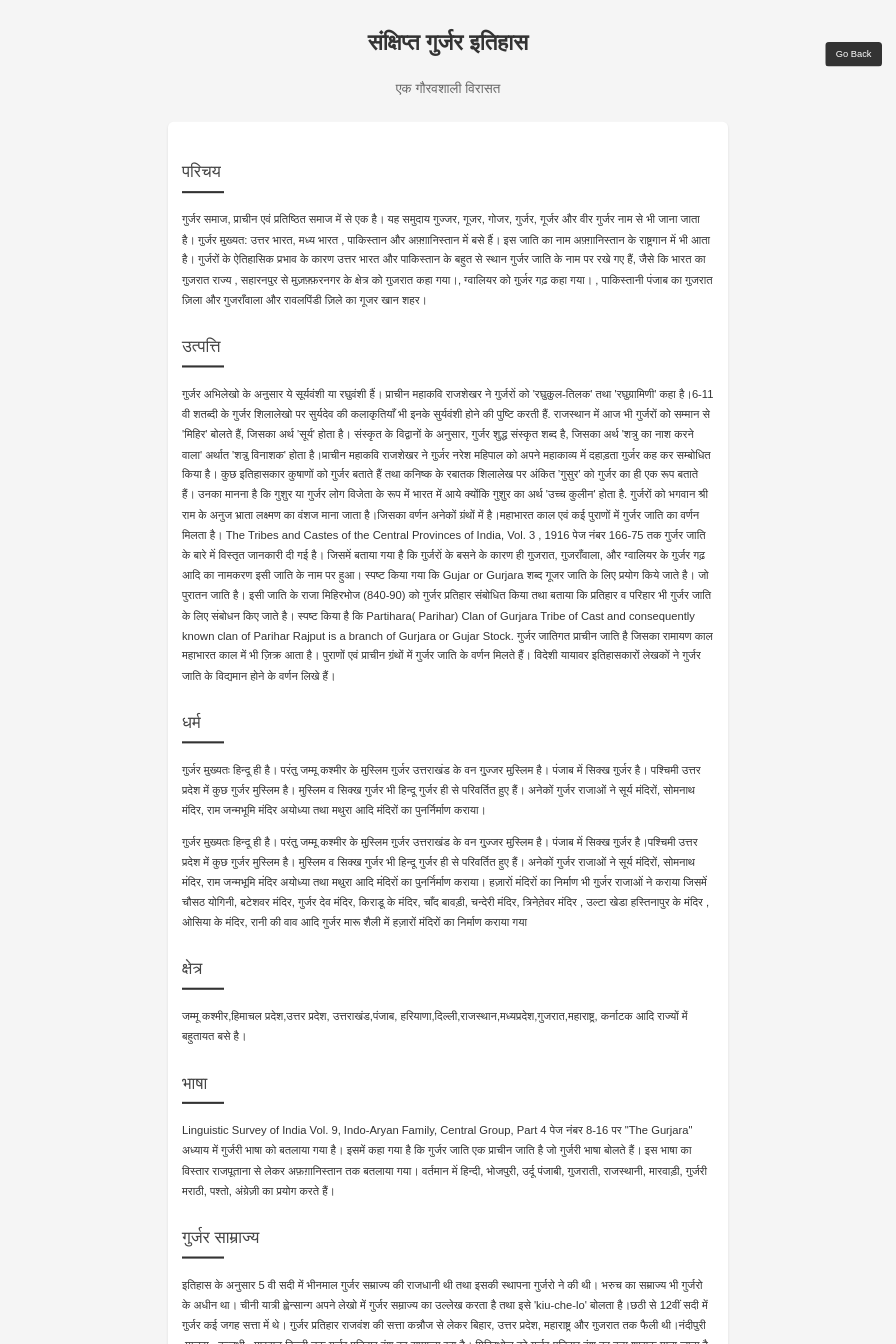
Repository: Aryansin1234/website
Page: blogs/blog1.html
An editor plug-in stored every save of this project. The page is shown before and after the next save, followed by the edit.
The browser window is 1280 px wide. The pictures show the part of the page from y = 0 to 1920 px (the page is 3463 px tall), at 70% of full size.

Above is the page before, as saved 2024-12-09 19:40:01.

### blogs/blog1.html
<!DOCTYPE html>
<html lang="hi">
<head>
    <meta charset="UTF-8">
    <meta name="viewport" content="width=device-width, initial-scale=1.0">
    <link rel="icon" type="image/png" href="assets/logo.png">
    <title>संक्षिप्त गुर्जर इतिहास</title>
    <style>
        body {
            font-family: Arial, sans-serif;
            line-height: 1.6;
            margin: 0 auto;
            max-width: 800px;
            padding: 15px;
            background-color: #f5f5f5;
        }

        .hero {
            text-align: center;
            margin-bottom: 2rem;
        }

        h1 {
            font-size: 2rem;
            color: #333;
            margin-bottom: 1.5rem;
        }

        .highlight {
            font-size: 1.2rem;
            color: #666;
            margin-bottom: 1rem;
        }

        .content-section {
            background-color: white;
            padding: 20px;
            border-radius: 8px;
            box-shadow: 0 2px 4px rgba(0,0,0,0.1);
        }

        .heading {
            margin: 2rem 0 1rem;
        }

        .heading p {
            font-size: 1.5rem;
            color: #444;
            margin-bottom: 0.5rem;
        }

        .accent-line1 {
            height: 3px;
            background-color: #333;
            width: 60px;
            margin-bottom: 1.5rem;
        }

        .blog-text {
            font-size: 16px;
            line-height: 1.8;
            color: #333;
            margin-bottom: 2rem;
        }

        .photo-gallery {
            display: grid;
            grid-template-columns: repeat(2, 1fr);
            gap: 15px;
            margin: 20px 0;
        }

        .photo-item {
            width: 100%;
            background-color: white;
            padding: 10px;
            border-radius: 8px;
            box-shadow: 0 2px 4px rgba(0,0,0,0.1);
        }

        .photo-item img {
            width: 100%;
            height: 150px;
            object-fit: cover;
            border-radius: 4px;
            display: block;
        }

        .photo-caption {
            text-align: center;
            margin-top: 8px;
            font-size: 14px;
            color: #666;
        }

        /* Tablet devices */
        @media (max-width: 768px) {
            body {
                padding: 10px;
                max-width: 100%;
            }

            h1 {
                font-size: 1.75rem;
            }

            .highlight {
                font-size: 1.1rem;
            }

            .heading p {
                font-size: 1.25rem;
            }

            .blog-text {
                font-size: 15px;
            }

            .photo-gallery {
                grid-template-columns: repeat(2, 1fr);
                gap: 10px;
            }

            .photo-item img {
                height: 120px;
            }
        }

        /* Mobile devices */
        @media (max-width: 480px) {
            .photo-gallery {
                grid-template-columns: 1fr;
            }

            .photo-item img {
                height: 200px;
            }

            h1 {
                font-size: 1.5rem;
            }

            .highlight {
                font-size: 1rem;
            }

            .content-section {
                padding: 15px;
            }
        }

        #goBack {
            position: fixed;
            top: 60px; /* Adjusted to avoid overlap with the "Back to Top" button */
            right: 20px;
            background-color: #333;
            color: white;
            border: none;
            padding: 10px 15px;
            border-radius: 5px;
            cursor: pointer;
        }
        #goBack:hover {
            background-color: #555;
        }
    </style>
</head>
<body>
    <button id="goBack" onclick="goBack()">Go Back</button>
    <div class="hero">
        <div class="container">
            <h1 class="content">संक्षिप्त गुर्जर इतिहास</h1>
            <p class="highlight">एक गौरवशाली विरासत</p>
            <div class="accent-line"></div>
        </div>
    </div>

    <div class="content-section">
        <div class="blog-content-container">
            <div class="heading">
                <p>परिचय</p>
                <div class="accent-line1"></div>
            </div>
            <div class="blog-text">
                <p>गुर्जर समाज, प्राचीन एवं प्रतिष्ठित समाज में से एक है। यह समुदाय गुज्जर, गूजर, गोजर, गुर्जर, गूर्जर और वीर गुर्जर नाम से भी जाना जाता है। गुर्जर मुख्यत: उत्तर भारत, मध्य भारत , पाकिस्तान और अफ़्ग़ानिस्तान में बसे हैं। इस जाति का नाम अफ़्ग़ानिस्तान के राष्ट्रगान में भी आता है। गुर्जरों के ऐतिहासिक प्रभाव के कारण उत्तर भारत और पाकिस्तान के बहुत से स्थान गुर्जर जाति के नाम पर रखे गए हैं, जैसे कि भारत का गुजरात राज्य , सहारनपुर से मुज़फ़्फ़रनगर के क्षेत्र को गुजरात कहा गया।, ग्वालियर को गुर्जर गढ़ कहा गया। , पाकिस्तानी पंजाब का गुजरात ज़िला और गुजराँवाला और रावलपिंडी ज़िले का गूजर खान शहर।</div>

            <div class="heading">
                <p>उत्पत्ति</p>
                <div class="accent-line1"></div>
            </div>
            <div class="blog-text">
                <p>गुर्जर अभिलेखो के अनुसार ये सूर्यवंशी या रघुवंशी हैं। प्राचीन महाकवि राजशेखर ने गुर्जरों को 'रघुकुल-तिलक' तथा 'रघुग्रामिणी' कहा है।6-11 वी शतब्दी के गुर्जर शिलालेखो पर सुर्यदेव की कलाकृतियाँ भी इनके सुर्यवंशी होने की पुष्टि करती हैं. राजस्थान में आज भी गुर्जरों को सम्मान से 'मिहिर' बोलते हैं, जिसका अर्थ 'सूर्य' होता है। संस्कृत के विद्वानों के अनुसार, गुर्जर शुद्ध संस्कृत शब्द है, जिसका अर्थ 'शत्रु का नाश करने वाला' अर्थात 'शत्रु विनाशक' होता है।प्राचीन महाकवि राजशेखर ने गुर्जर नरेश महिपाल को अपने महाकाव्य में दहाड़ता गुर्जर कह कर सम्बोधित किया है। कुछ इतिहासकार कुषाणों को गुर्जर बताते हैं तथा कनिष्क के रबातक शिलालेख पर अंकित 'गुसुर' को गुर्जर का ही एक रूप बताते हैं। उनका मानना है कि गुशुर या गुर्जर लोग विजेता के रूप में भारत में आये क्योंकि गुशुर का अर्थ 'उच्च कुलीन' होता है. गुर्जरों को भगवान श्री राम के अनुज भ्राता लक्ष्मण का वंशज माना जाता है।जिसका वर्णन अनेकों ग्रंथों में है।महाभारत काल एवं कई पुराणों में गुर्जर जाति का वर्णन मिलता है।


                    The Tribes and Castes of the Central Provinces of India, Vol. 3 , 1916 पेज नंबर 166-75 तक गुर्जर जाति के बारे में विस्तृत जानकारी दी गई है। जिसमें बताया गया है कि गुर्जरों के बसने के कारण ही गुजरात, गुजराँवाला, और ग्वालियर के गुर्जर गढ़ आदि का नामकरण इसी जाति के नाम पर हुआ। स्पष्ट किया गया कि Gujar or Gurjara शब्द गूजर जाति के लिए प्रयोग किये जाते है। जो पुरातन जाति है। इसी जाति के राजा मिहिरभोज (840-90) को गुर्जर प्रतिहार संबोधित किया तथा बताया कि प्रतिहार व परिहार भी गुर्जर जाति के लिए संबोधन किए जाते है। स्पष्ट किया है कि Partihara( Parihar) Clan of Gurjara Tribe of Cast and consequently known clan of Parihar Rajput is a branch of Gurjara or Gujar Stock. गुर्जर जातिगत प्राचीन जाति है जिसका रामायण काल महाभारत काल में भी ज़िक्र आता है। पुराणों एवं प्राचीन ग्रंथों में गुर्जर जाति के वर्णन मिलते हैं। विदेशी यायावर इतिहासकारों लेखकों ने गुर्जर जाति के विद्यमान होने के वर्णन लिखे हैं। </div>

            <div class="heading">
                <p>धर्म</p>
                <div class="accent-line1"></div>
            </div>
            <div class="blog-text">
                <p>गुर्जर मुख्यतः हिन्दू ही है। परंतु जम्मू कश्मीर के मुस्लिम गुर्जर उत्तराखंड के वन गु्ज्जर मुस्लिम है। पंजाब में सिक्ख गुर्जर है। पश्चिमी उत्तर प्रदेश में कुछ गुर्जर मुस्लिम है। मुस्लिम व सिक्ख गुर्जर भी हिन्दू गुर्जर ही से परिवर्तित हुए हैं। अनेकों गुर्जर राजाओं ने सूर्य मंदिरों, सोमनाथ मंदिर, राम जन्मभूमि मंदिर अयोध्या तथा मथुरा आदि मंदिरों का पुनर्निर्माण कराया।</p>
                गुर्जर मुख्यतः हिन्दू ही है। परंतु जम्मू कश्मीर के मुस्लिम गुर्जर उत्तराखंड के वन गु्ज्जर मुस्लिम है। पंजाब में सिक्ख गुर्जर है।पश्चिमी उत्तर प्रदेश में कुछ गुर्जर मुस्लिम है। मुस्लिम व सिक्ख गुर्जर भी हिन्दू गुर्जर ही से परिवर्तित हुए हैं। अनेकों गुर्जर राजाओं ने सूर्य मंदिरों, सोमनाथ मंदिर, राम जन्मभूमि मंदिर अयोध्या तथा मथुरा आदि मंदिरों का पुनर्निर्माण कराया। हज़ारों मंदिरों का निर्माण भी गुर्जर राजाओं ने कराया जिसमें चौसठ योगिनी, बटेशवर मंदिर, गुर्जर देव मंदिर, किराडू के मंदिर, चाँद बावड़ी, चन्देरी मंदिर, त्रिनेते़वर मंदिर , उल्टा खेडा हस्तिनापुर के मंदिर , ओसिया के मंदिर, रानी की वाव आदि गुर्जर मारू शैली में हज़ारों मंदिरों का निर्माण कराया गया  </div>

            <div class="heading">
                <p>क्षेत्र</p>
                <div class="accent-line1"></div>
            </div>
            <div class="blog-text">
                <p>जम्मू कश्मीर,हिमाचल प्रदेश,उत्तर प्रदेश, उत्तराखंड,पंजाब, हरियाणा,दिल्ली,राजस्थान,मध्यप्रदेश,गुजरात,महाराष्ट्र, कर्नाटक आदि राज्यों में बहुतायत बसे है। </div>
            <div class="heading">
                <p>भाषा</p>
                <div class="accent-line1"></div>
            </div>
            <div class="blog-text">
                <p>Linguistic Survey of India Vol. 9, Indo-Aryan Family, Central Group, Part 4 पेज नंबर 8-16 पर "The Gurjara" अध्याय में गुर्जरी भाषा को बतलाया गया है। इसमें कहा गया है कि गुर्जर जाति एक प्राचीन जाति है जो गुर्जरी भाषा बोलते हैं। इस भाषा का विस्तार राजपूताना से लेकर अफ़ग़ानिस्तान तक बतलाया गया। वर्तमान में हिन्दी, भोजपुरी, उर्दू पंजाबी, गुजराती, राजस्थानी, मारवाड़ी, गुर्जरी मराठी, पश्तो, अंग्रेज़ी का प्रयोग करते हैं।</p>
            </div>
            <div class="heading">
                <p>गुर्जर साम्राज्य</p>
                <div class="accent-line1"></div>
            </div>
            <div class="blog-text">
                <p>इतिहास के अनुसार 5 वी सदी में भीनमाल गुर्जर सम्राज्य की राजधानी थी तथा इसकी स्थापना गुर्जरो ने की थी। भरुच का सम्राज्य भी गुर्जरो के अधीन था। चीनी यात्री ह्वेन्सान्ग अपने लेखो में गुर्जर सम्राज्य का उल्लेख करता है तथा इसे 'kiu-che-lo' बोलता है।छठी से 12वीं सदी में गुर्जर कई जगह सत्ता में थे। गुर्जर प्रतिहार राजवंश की सत्ता कन्नौज से लेकर बिहार, उत्तर प्रदेश, महाराष्ट्र और गुजरात तक फैली थी।नंदीपुरी ,मालवा , वल्लभी , मारवाड़,दिल्ली तक गुर्जर प्रतिहार वंश का साम्राज्य रहा है। मिहिरभोज को गुर्जर-प्रतिहार वंश का बड़ा शासक माना जाता है और इनकी लड़ाई बंगाल के पाल वंश और दक्षिण-भारत के राष्ट्रकूट शासकों से होती रहती थी। 12वीं सदी के पहले ही गुर्जर प्रतिहार वंश का पतन होना शुरू हुआ और ये कई राजवंशों में बँट गए जैसे कि (चौहान वंश, सोलंकी वंश, चंदीला और परमार वंश) अरब आक्रान्तो ने गुर्जरों की शक्ति तथा प्रशासन की अपने अभिलेखों में पूरी-पूरी प्रशंसा की है।


                    इतिहासकार बताते हैं कि मुगल काल से पहले तक लगभग पूरा राजस्थान तथा गुजरात, 'गुर्जरत्रा' (गुर्जरो से रक्षित देश) या गुर्जर-भूमि के नाम से जाना जाता था।अरब लेखकों के अनुसार गुर्जर उनके सबसे भयंकर शत्रु थे। उन्होंने ये भी कहा है कि अगर गुर्जर नहीं होते तो वो भारत पर 12वीं सदी से पहले ही अधिकार कर लेते। 8वीं शताब्दी से लेकर 12वीं शताब्दी तक गुर्जर प्रतिहार राजवंश ने विदेशी आक्रांताओ से देश की रक्षा की। अर्थात् मुस्लिम आक्रांताओ को हिन्दुस्तान आने से रोके रखा।


                    नागभट्ट, मिहिरभोज ,महिपाल ,भीमदेव चालुक्य, अणहिलावाड पाटण के गुर्जेशवर मूलराज , मालवपति भोज परमार ( मेरी 31वीं पीढ़ी के पूर्वज ), गुर्जर नरेश भीम सोलंकी, दद्दा, महेन्द्र पाल, दिल्लीपति अनंगपाल तंवर, पृथ्वीराज चौहान जैसे पराक्रमी राजा गुर्जर जाति में पैदा हुए हैं। भगवान देवनारायण चौहान जो विष्णु के अवतार हैं वे भी गुर्जर जाति में जन्में, माँ गायत्री जी, राधा गुर्जरी, बाबा मोहन राम, प्यारा जी आदि भी गुर्जर जाति में जन्मे। बिशलदेव गुर्जर (अजमेर शहर के संस्थापक) जैसे राजा हुए जिन्होने संभवत: 8 वीं शताब्दी में अजमेर पर शासन किया था और साथ ही अरब घुसपैठ का सफलतापूर्वक प्रतिरोध किया और तोमर वंश के गुर्जरों को दल्ली पर नियंत्रण पाने में मदद की।देवनारायण चौहान राजवंश के नाग वंशीय क्षत्रिय गुर्जर जैसे राजा हुए जिनका मूल स्थान वर्तमान में अजमेर के निकट नाग पहाड़ था।


                    18 वीं सदी में भी गुर्जरो के कुछ छोटे छोटे राज्य थे। दादरी के गुर्जर राजा, दरगाही सिंह के अधीन 133 ग्राम थे। मेरठ का राजा गुर्जर नैन सिंह था तथा उन्होंने परिक्षितगढ का पुनर्निर्माण। दून में लंढोरा की बड़ी गुर्जर रियासत तथा बुंदेलखंड की समथर रियासत आज भी क़ायम हैं। मुरैना मध्यप्रदेश की सबलगढ रियासत, मध्यप्रदेश के गौरैया बसई रियासत मुग़लों, अंग्रेजों से संघर्ष : तैमूरलंग को हराने वाले जोगराज पंवार व रामप्यारी गुर्जरी। तथा 1857 में महिला सेना बना कर अंग्रेजों को मुज़फ़्फ़रनगर से भगा और वहाँ अपनी सत्ता क़ायम करने वाली आशादेवी गुर्जरी पहली महिला जिसे अंग्रेजों ने फाँसी दी गई।


                    1710 में दून को जीतने में सिक्खों की सहायता की जिसमें हज़ारों गुर्जर की शहादत हुई। 1803 के खुरबडा ( दून) में अंग्रेजों से भिड़ंत युद्ध में जहां 10000 गुर्जरो की शहादत हुई। 1822-24 मे अंग्रेजों के विरूद्ध आवाज़ बुलंद कर प्रथम स्वतंत्रता संग्राम,क्रांति करने वाले कुंजा बहादुर पुर के राजा विजय सिंह गुर्जर व कलवा गुर्जर जिनके नेतृत्व में गुर्जरों ने अंग्रेजों से लड़ाई लड़ी। और 1000 से भी अधिक गुर्जरों की शहादत हुई फिर अंग्रेजों ने राजा विजय सिंह व कल्याण सिंह उर्फ़ कलवा गुर्जर के सिर धड़ से अलग से देहरादून की जेल के सामने टांग कर जनता में दहशत फैलाने के मक़सद से प्रदर्शित किए।


                    1857 की क्रांति की शुरुआत करने वाले कोतवाल धनसिहं गुर्जर इनके नेतृत्व में समस्त गुर्जरों ने क्रांति में भाग लिया एवं 1857 में गुर्जर गवर्नमेंट स्थापित करने वाले कदमसिहं गुर्जर तथा सरजीत सिंह नागर, दादरी के राजा राव उमराव सिंह भाटी जिनके समस्त परिवार को मार दिया गया,हाथी के पैरों तले कुचलवाया तथा धौलपुर आगरा में 1857 में अपनी सत्ता क़ायम करने वाले देवहंस गुर्जर , राजा उमराव सिंह माणकपुर , फतुआ गुर्जर और दिल्ली के राजा देवीसिंह गुर्जर एवं अचल सिंह बिधूडी (दोनों मेरे गाँव तुगलकाबाद वासी) , दयाराम खारी , मध्यप्रदेश के सागर ज़िला की देवरी तहसील में ढुलकें सिंह आदि सैकड़ों नेताओं के नेतृत्व में हरियाणा दिल्ली राजस्थान पंजाब उत्तराखंड उत्तर प्रदेश मध्यप्रदेश के सभी गुर्जरों ने क्रांति में बढ़चढ़कर अ्रणी भूमिका निभाई। A K Gandhi ने अपनी पुस्तक “ 1857 क्रांति व क्रांति धरा” मे लिखा है कि गुर्जरों ने 1857 को गुर्जर क्रांति घोषित कर दिया था।


                    विभिन्न भारत गजीटेयर के अनुसार 1857 का प्रथम भारतीय स्वतंत्रता संग्राम मे गुर्जर ब्रिटिश के बहुत बुरे दुश्मन साबित हुए। गुर्जरो का 1857 की क्रान्ति में भी अहम योगदान रहा है। अंग्रेजों ने लिखा है कि गुर्जर जहां भी कहीं यूरोपियन के घर बंगलों को देखते वही उसे जला कर तहस नहस कर देते। दिल्ली में गुर्जरों ने गवर्नर जनरल मैटकाफ के 1100 एकड़ में फैले आवास को जला डाला और तहस नहस कर दिया। गुर्जरों ने संचार के सभी साधनों को नष्ट कर दिया जिससे अंग्रेज सम्पर्क ना साध सकें। हाइवे को काट दिया जिससे अंग्रेजों को रसद ना मिल सके। गुर्जरों ने तहसील, सिविल स्टेशन, थाना , कचहरी आदि सबको आग के हवाले कर दिया।सैकड़ों अंग्रेजों अधिकारियों को गुर्जरों ने मौत के घाट उतार दिया। अंग्रेजों से दायं हकवाई गई।


                    क्रांति में विद्रोहियों की हार के पश्चात ब्रिटिश सरकार ने समस्त गुर्जरों के सभी गाँवों को किया और उनकी समस्त चल अचल सम्पत्ति को ज़ब्त कर गाँव के गाँव जला दिये।इन गाँवों के लाखों गुर्जरों को गोलियों से भून दिया हज़ारों को फाँसी दी। लाखों लोगों को जेलों में ठूँस दिया गया। इसके बाद समस्त गुर्जर जाति को ही क्रिमिनल ट्राईब घोषित कर सैंकड़ों प्रतिबंध लगा दिए। जिससे गुर्जर मुख्य धारा से कट गए। महान क्रांतिकारी देशभक्त सुभाष चंद्र बोस की आज़ाद हिंद फ़ौज में गुर्जरों की बहुतायत संख्या रही।


                    पन्ना धाय जैसी वीरांगना पैदा हुई, जिसने अपने बेटे चन्दन का बलिदान देकर राणा उदय सिंह के प्राण बचाए। छत्रपति शिवाजी महाराज के सेनापति वीर प्रताप राव गुर्जर हुए जिन्होंने मुग़ल साम्राज्य को शिकस्त दी।


                    विजय सिंह पथिक जैसे क्रांतिकारी नेता हुए जो राजा-महाराजा किसानो को लूटा करते थे, उनके खिलाफ आँदोलन चलाकर उन्होंने किसानो को मजबूत किया। सरदार वल्लभ भाई पटेल जैसा महापुरुष पैदा हुआ, जिन्होंने पूरे देश के राजा-महाराजो की विरासत को एक करके नवभारत का निर्माण किया। इस देश की रक्षा के लिए इस वीर गुर्जर जाति ने लाखो बच्चो की कुर्बानियाँ दी थी, अंग्रेजों की नाक में नकेल कसने वाले गुर्जरों को अंग्रेजों ने क्रिमिनल ट्राइब कह कर पुकारा था। इसलिए उस वक़्त अंग्रेज़ों की सरकार ने गुर्जरों को बागी घोषित कर दिया था, इसी वजह से गुर्जर जंगलों और पहाड़ों में रहने लगे और इसी वजह गुर्जर पढाई-लिखाई से वंचित रह गये। राजेश पायलट, कर्नल किरोड़ी सिंह बैंसला तारा चंद पटेल, पीके अन्ना पाटिल, इतिहासकार राणा अली हसन चौहान एवं यतीन्द्र कुमार वर्मा, योग गुरू आचार्य कर्मवीर, हरिगिरी महाराज, शिक्षा की अलख जगाने वाले मसूद चौधरी, कल्याण देव, ओमप्रकाश गाँधी जैसे व्यक्तित्व है। </div>


            <div class="heading">
                <p>आधुनिक स्थिति</p>
                <div class="accent-line1"></div>
            </div>
            <div class="blog-text">
                <p>प्राचीन काल में युद्ध कला में निपुण रहे गुर्जर अच्छे योद्धा माने जाते है। इसलिए भारतीय सेना व स्थानीय पुलिस में भी इनकी अच्छी संख्या है। गुर्जर मुख्य रूप से खेती और पशुपालन एवं ज़मीन जायदाद व्यवसाय से जुड़े हुए हैं। गुर्जर अब शिक्षित होने लगे हैं। डाक्टर वकील शिक्षक इंजिनीयर के साथ साथ सिविल सर्विसेज़ में भी आने लगे हैं।</p>
            </div>
        </div>
    </div>
    <script>
        function goBack() {
            window.history.back();
        }
    </script>
</body>
</html>

After the next save:
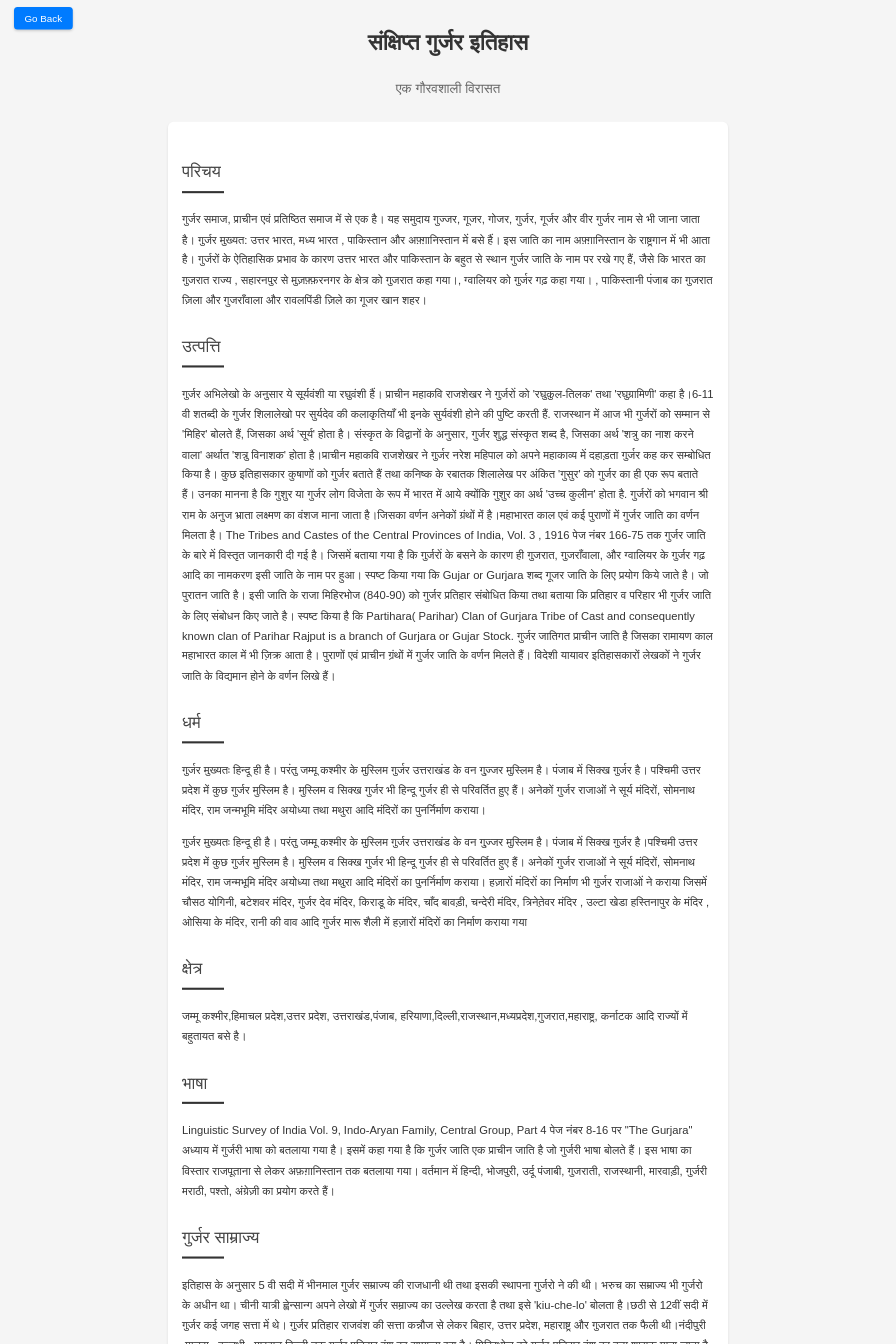
Saved 6 min 46 s later.
--- a/blogs/blog1.html
+++ b/blogs/blog1.html
@@ -151,17 +151,19 @@
 
         #goBack {
             position: fixed;
-            top: 60px; /* Adjusted to avoid overlap with the "Back to Top" button */
-            right: 20px;
-            background-color: #333;
+            top: 10px;
+            left: 20px;
+            background-color: #007BFF;
             color: white;
             border: none;
-            padding: 10px 15px;
+            padding: 8px 15px;
             border-radius: 5px;
             cursor: pointer;
+            font-size: 14px;
+            box-shadow: 0 2px 4px rgba(0,0,0,0.2);
         }
         #goBack:hover {
-            background-color: #555;
+            background-color: #0056b3;
         }
     </style>
 </head>
